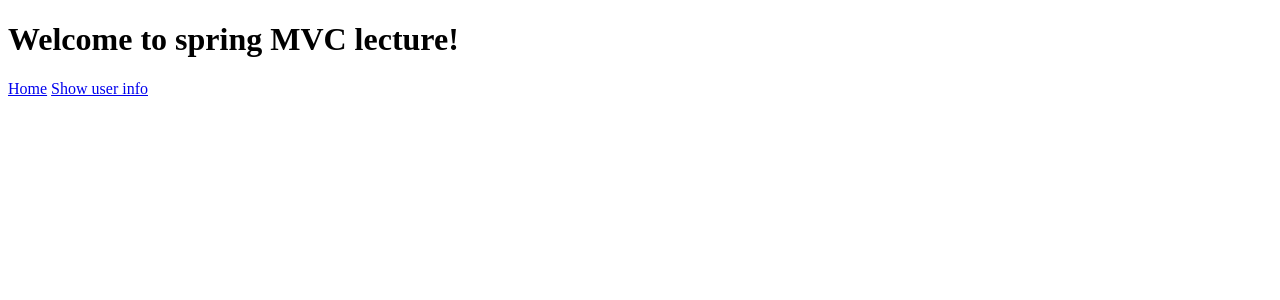
Repository: aaikinsm/FDM-Programs
Page: http://localhost/SpringMVCExample/
The author's editor kept a copy of each file at every save. The page is drawn from the files as they stood at one save, then again after the next save.
The browser window is 1280 px wide. The pictures show the whole page.
The page is served by Tomcat 9.

Above is the page before, as saved 2017-06-01 15:43:44.

After the next save:
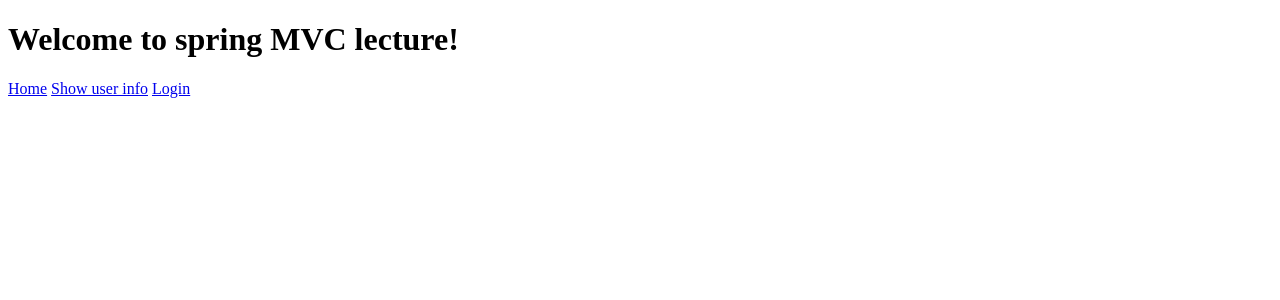
Saved 53 s later.
--- a/SpringMVCExample/WebContent/index.jsp
+++ b/SpringMVCExample/WebContent/index.jsp
@@ -10,5 +10,6 @@
 	<h1>Welcome to spring MVC lecture!</h1>
 	<a href="home">Home</a>
 	<a href="find/1">Show user info</a>
+	<a href="login">Login</a>
 </body>
 </html>
